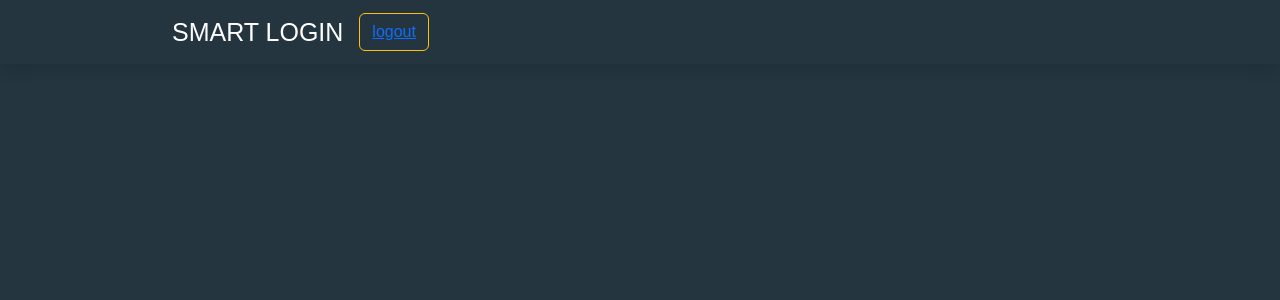
Repository: bodajava/TASK-4
Page: theerdIndex.html
The author's editor kept a copy of each file at every save. The page is drawn from the files as they stood at one save, then again after the next save.
The browser window is 1280 px wide. The pictures show the whole page.

Above is the page before, as saved 2025-06-18 05:41:17.

After the next save:
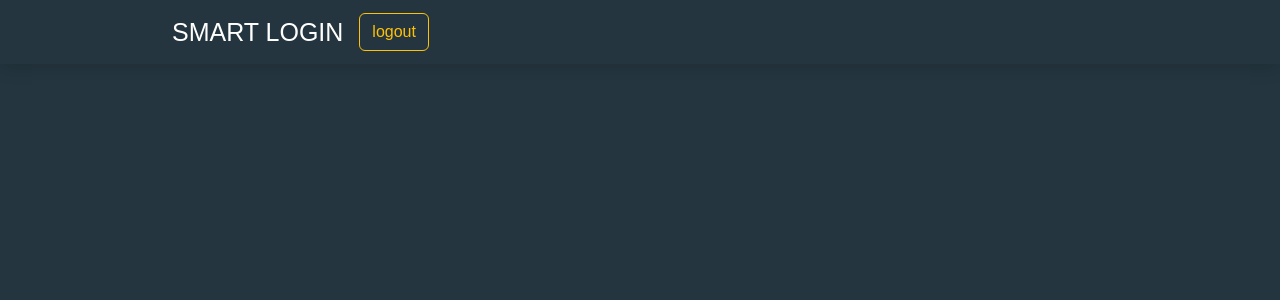
Saved 69 s later.
--- a/theerdIndex.html
+++ b/theerdIndex.html
@@ -14,9 +14,7 @@
         <div class="container-fluid">
           <a id="margen" class="navbar-brand" href="#">SMART LOGIN</a>
           <div class="">
-            <button type="button" class="btn btn-outline-warning">
-              <a href="">logout</a>
-            </button>
+            <a class="btn btn-outline-warning" href="">logout</a>
           </div>
           <button
             class="navbar-toggler"
